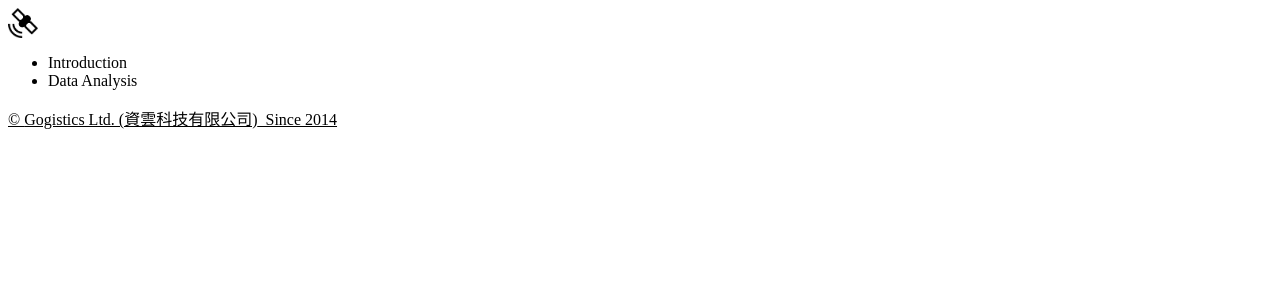
Repository: hanjangchen/Raspberry
Page: prjGAEGPSAnalysis/prjGPSAnalysis/src/static/my_ng_templates/desktop/index.html
An editor plug-in stored every save of this project. The page is shown before and after the next save, followed by the edit.
The browser window is 1280 px wide. The pictures show the whole page.

Above is the page before, as saved 2014-11-04 21:23:21.

After the next save:
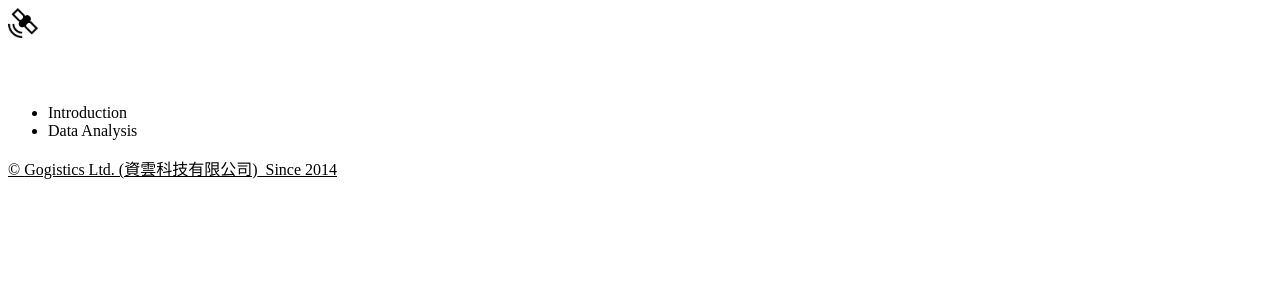
Saved 99 s later.
--- a/prjGAEGPSAnalysis/prjGPSAnalysis/src/static/my_ng_templates/desktop/index.html
+++ b/prjGAEGPSAnalysis/prjGPSAnalysis/src/static/my_ng_templates/desktop/index.html
@@ -19,7 +19,7 @@
 			<a class="navbar-brand" href="/" title="Go to Front Page"><img
 				alt="icon_gps" src="/img/icon_gps.png" style="height: 30px;"></a>
 		</div>
-		<div class="nav navbar-nav" style="width: 300px;">
+		<div class="nav navbar-nav" style="width: 300px; height: 50px;">
 			<script>
 				(function() {
 					var cx = '009311744041232225508:q_xyvascayk';
